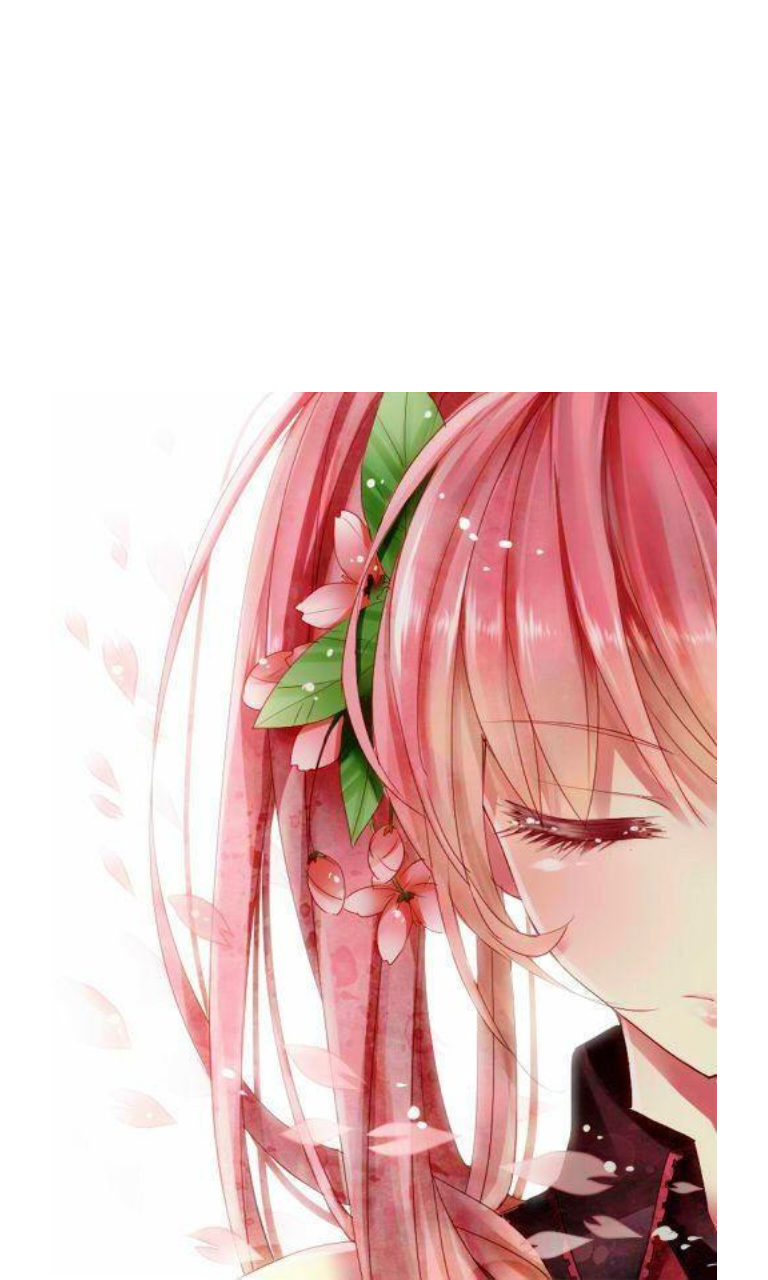
Repository: treizeor/android-examples
Layout: Ch003SlidingDrawer/res/layout/activity_main.xml
These files come from the project's save history. The layout is drawn as it stood at one moment and after the next save; the edit follows.
It is drawn on a 768 x 1280 px phone screen (xhdpi) without system bars, with theme AppTheme; the app's code is not run.

Above is the layout before, as saved 2014-06-03 11:59:10.

After the next save:
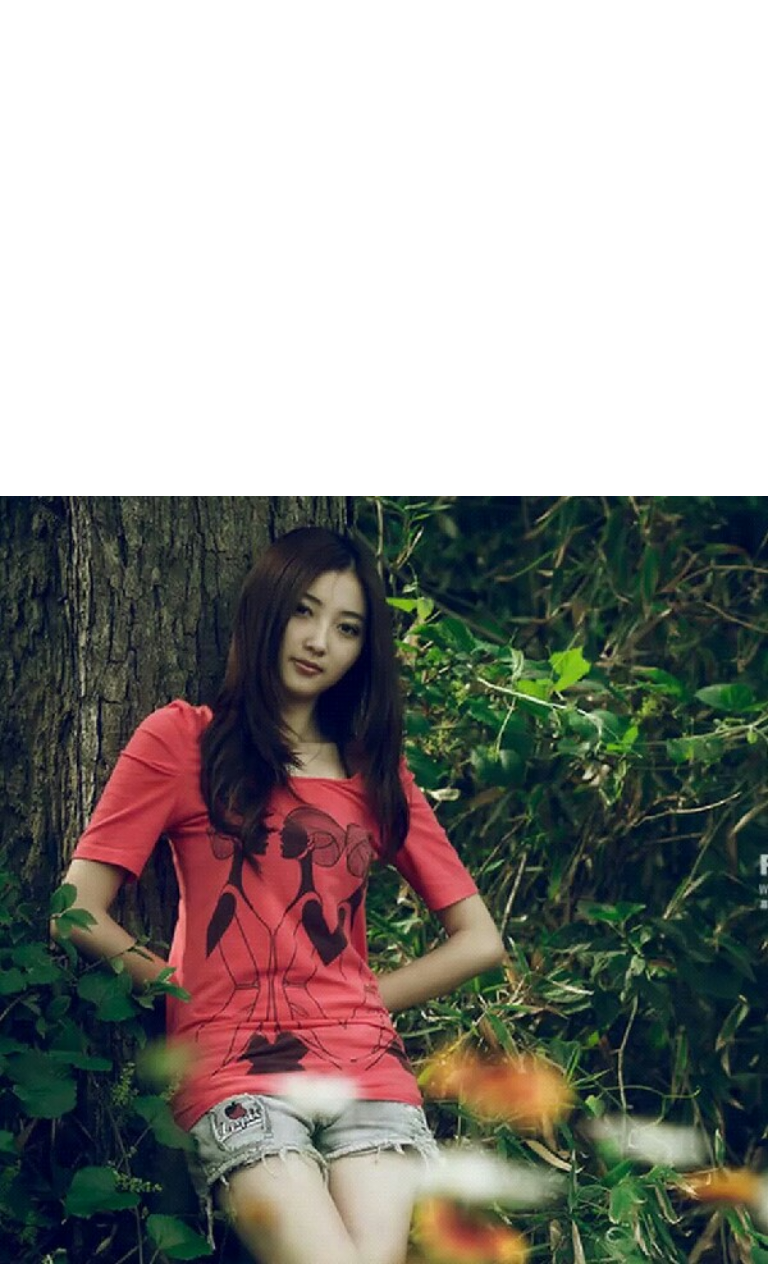
Saved 61 s later.
--- a/Ch003SlidingDrawer/res/layout/activity_main.xml
+++ b/Ch003SlidingDrawer/res/layout/activity_main.xml
@@ -15,7 +15,7 @@
             android:id="@+id/handle"
             android:layout_width="wrap_content"
             android:layout_height="wrap_content"
-            android:src="@drawable/img2"
+            android:src="@drawable/img4"
             android:text="Handle" />
 
         <LinearLayout
